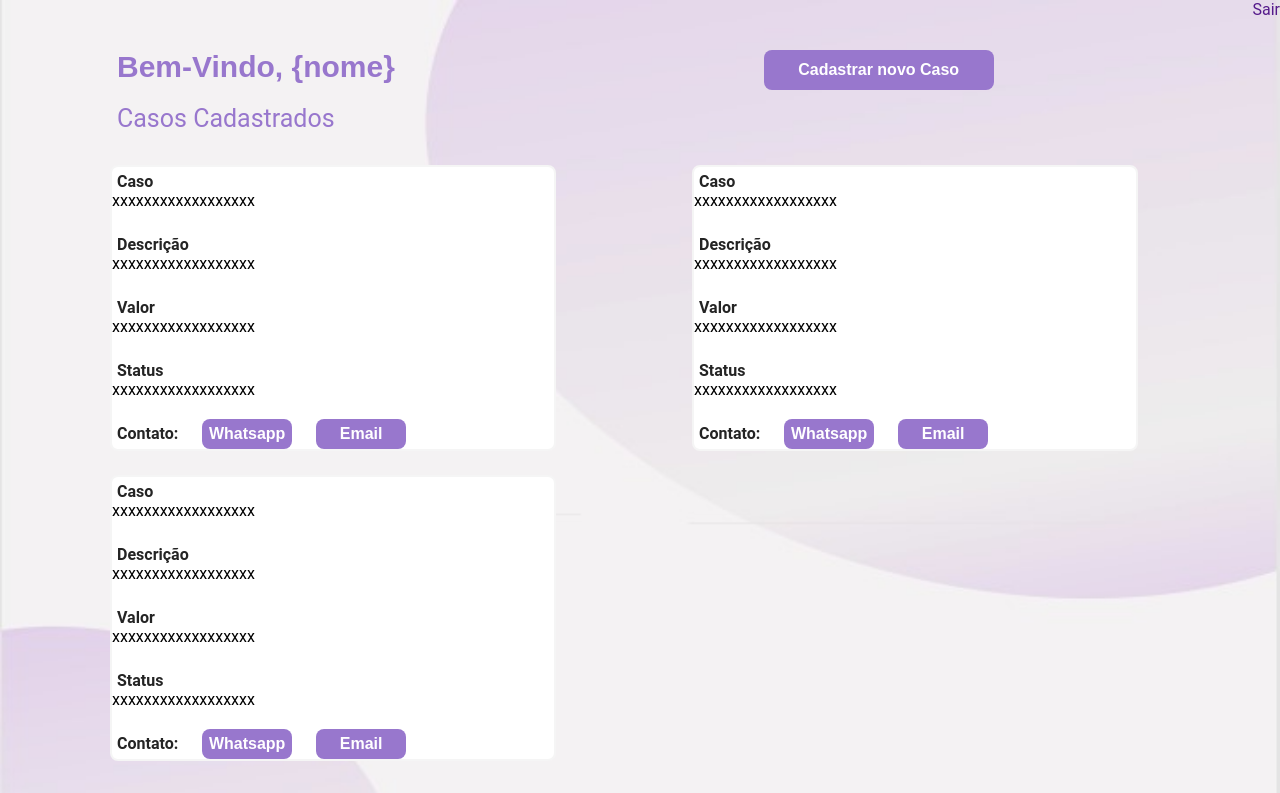
Repository: Dirlandia404/Casos
Page: src/pages/listaCasos.html
The author's editor kept a copy of each file at every save. The page is drawn from the files as they stood at one save, then again after the next save.
The browser window is 1280 px wide. The pictures show the whole page.

Above is the page before, as saved 2021-07-16 22:35:26.

After the next save:
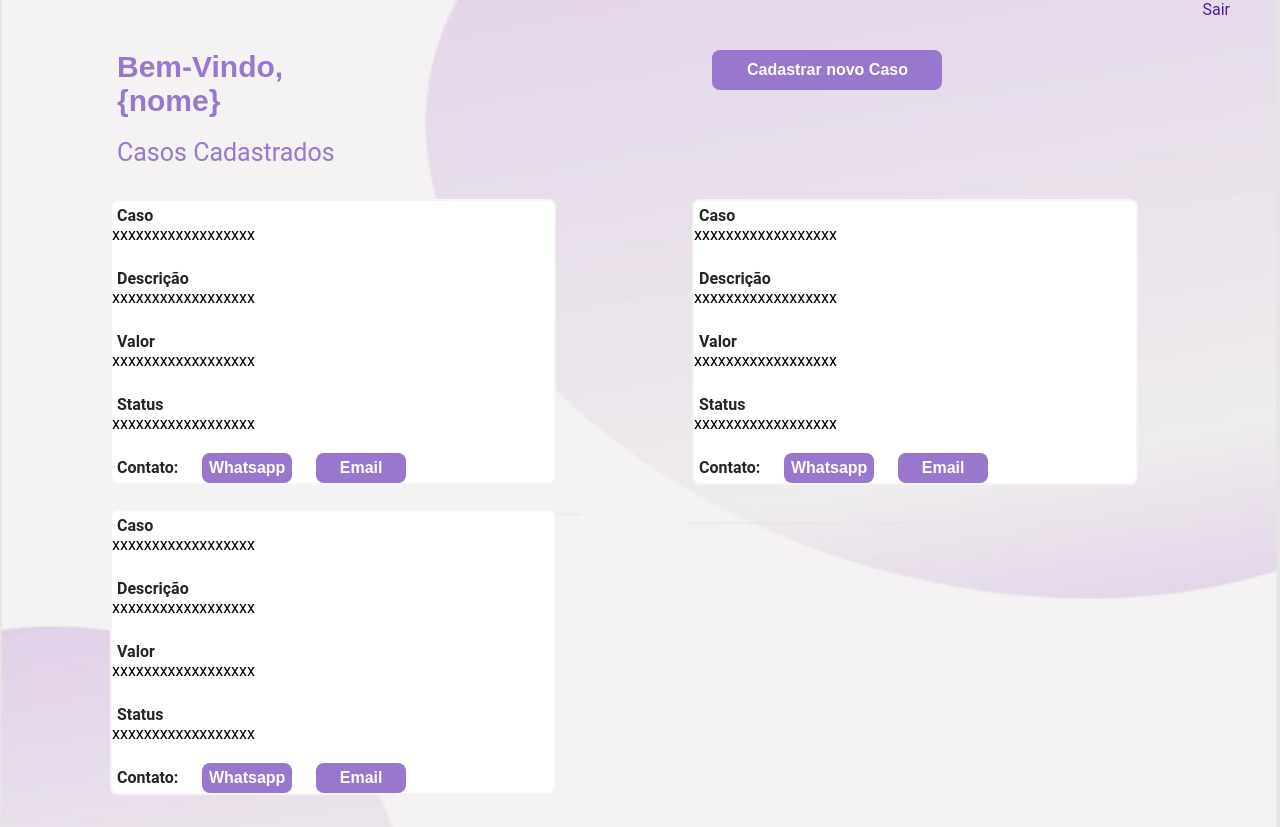
Saved 39 s later.
--- a/src/style/listaCasos.css
+++ b/src/style/listaCasos.css
@@ -17,6 +17,10 @@ p{
 
     font-size: 25px;
     color: #9877CD;
+}
+header a{
+    margin-left: 160px;
+    margin-right: 50px;
 }
 
 header a button{
